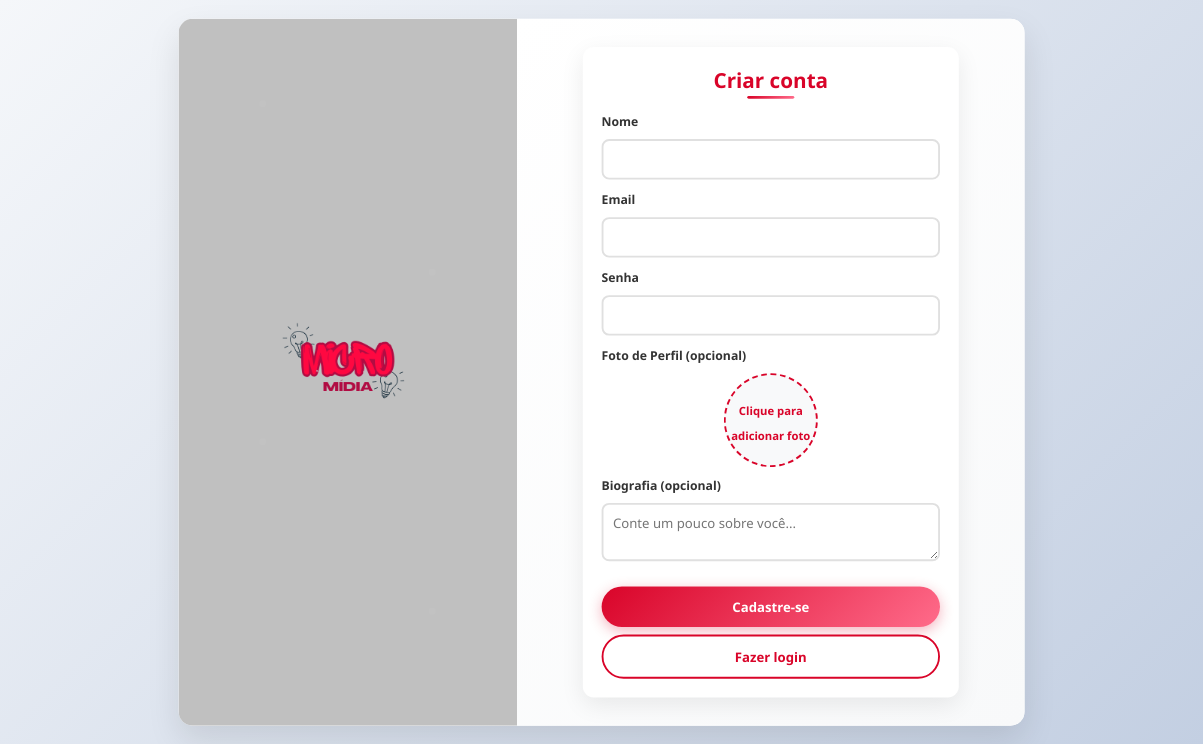
Repository: annaluizapm/MicroMidia
Page: front/HTML/cadastro.html
These files come from the project's save history. The page is drawn as it stood at one moment and after the next save; the edit follows.
The browser window is 1280 px wide. The pictures show the whole page, at 94% of full size.

Above is the page before, as saved 2025-10-31 21:08:36.

After the next save:
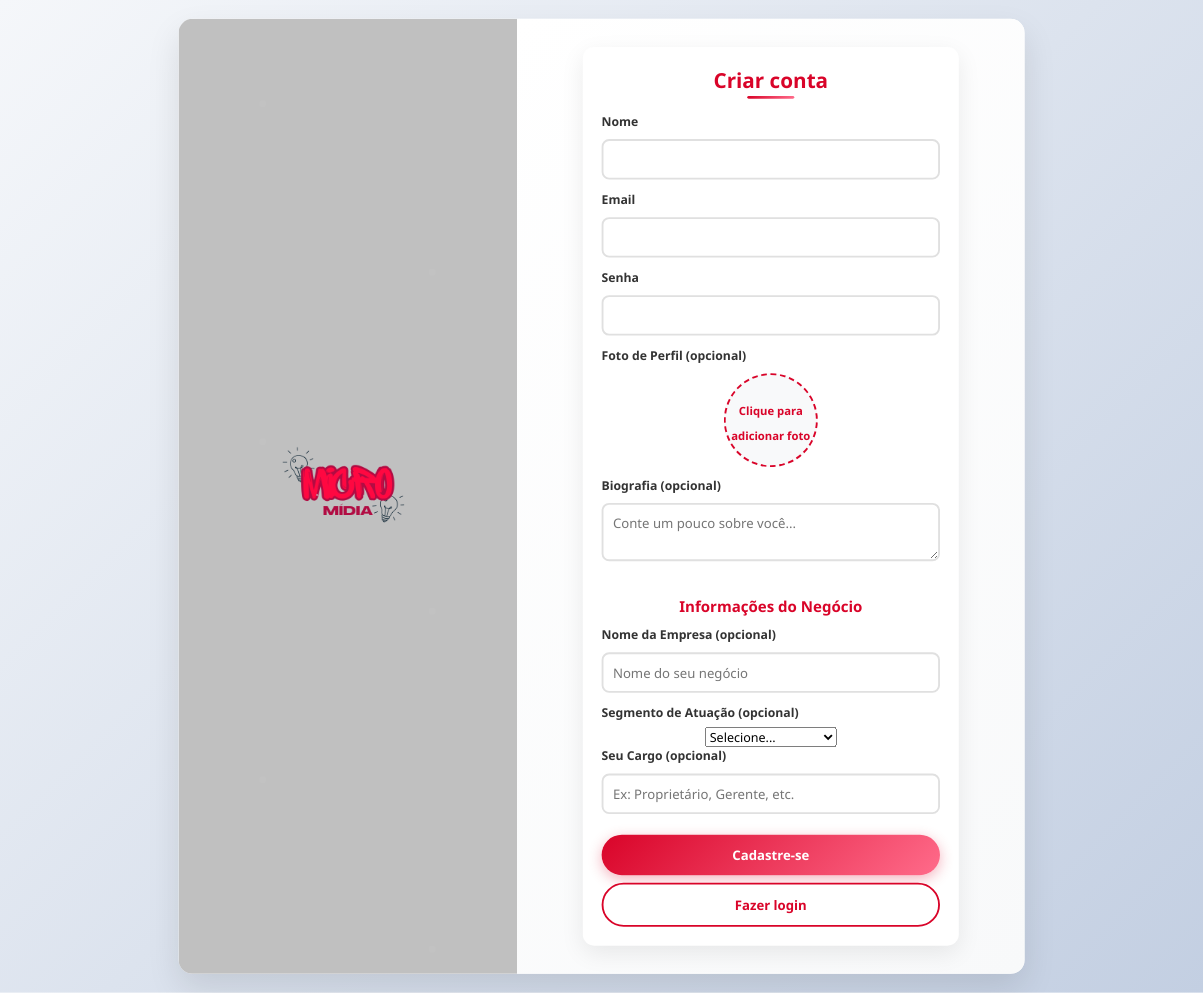
Saved 3 days later.
--- a/front/HTML/cadastro.html
+++ b/front/HTML/cadastro.html
@@ -37,6 +37,29 @@
                     <label for="bio">Biografia (opcional)</label>
                     <textarea id="bio" name="bio" placeholder="Conte um pouco sobre você..."></textarea>
 
+                    <h3 style="margin-top: 20px; margin-bottom: 10px; color: #D90429; font-size: 16px;">Informações do Negócio</h3>
+
+                    <label for="empresa">Nome da Empresa (opcional)</label>
+                    <input type="text" id="empresa" name="empresa" placeholder="Nome do seu negócio">
+
+                    <label for="segmento">Segmento de Atuação (opcional)</label>
+                    <select id="segmento" name="segmento">
+                        <option value="">Selecione...</option>
+                        <option value="varejo">Varejo</option>
+                        <option value="servicos">Serviços</option>
+                        <option value="tecnologia">Tecnologia</option>
+                        <option value="alimentacao">Alimentação</option>
+                        <option value="moda">Moda e Vestuário</option>
+                        <option value="beleza">Beleza e Estética</option>
+                        <option value="educacao">Educação</option>
+                        <option value="saude">Saúde e Bem-estar</option>
+                        <option value="construcao">Construção</option>
+                        <option value="outro">Outro</option>
+                    </select>
+
+                    <label for="cargo">Seu Cargo (opcional)</label>
+                    <input type="text" id="cargo" name="cargo" placeholder="Ex: Proprietário, Gerente, etc.">
+
                     <button type="submit" class="btn-primary">Cadastre-se</button>
                     <button type="button" class="btn-secondary" onclick="window.location.href='login.html'">Fazer login</button>
                 </form>
